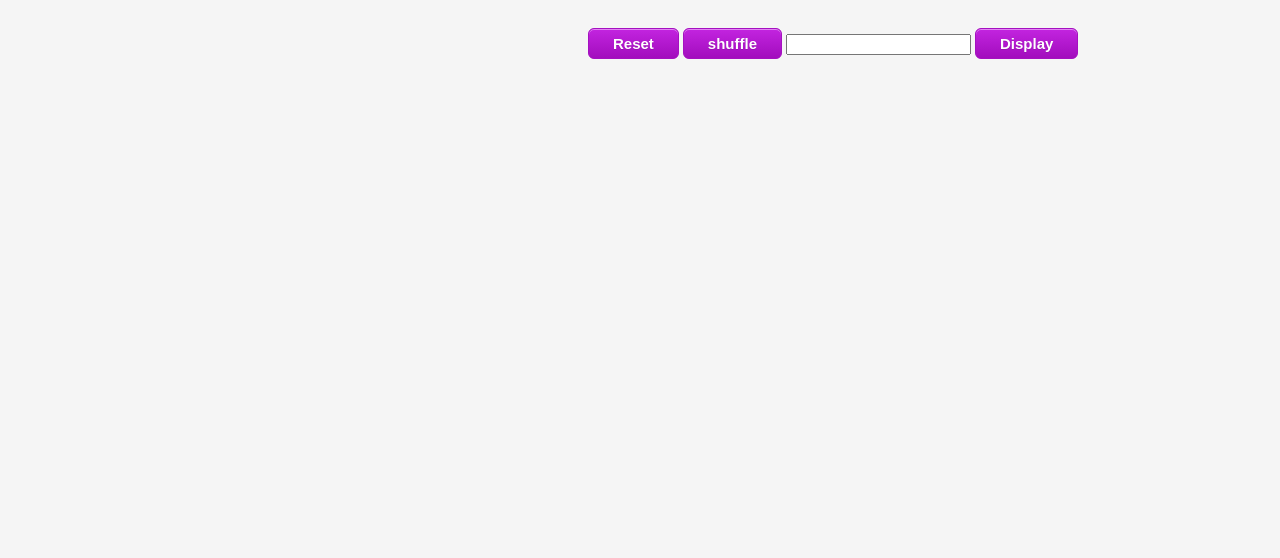
Repository: rashmikagamage/puzzle-vanila-js
Page: index.html
These files come from the project's save history. The page is drawn as it stood at one moment and after the next save; the edit follows.
The browser window is 1280 px wide. The pictures show the whole page.

Above is the page before, as saved 2020-08-06 13:09:12.

After the next save:
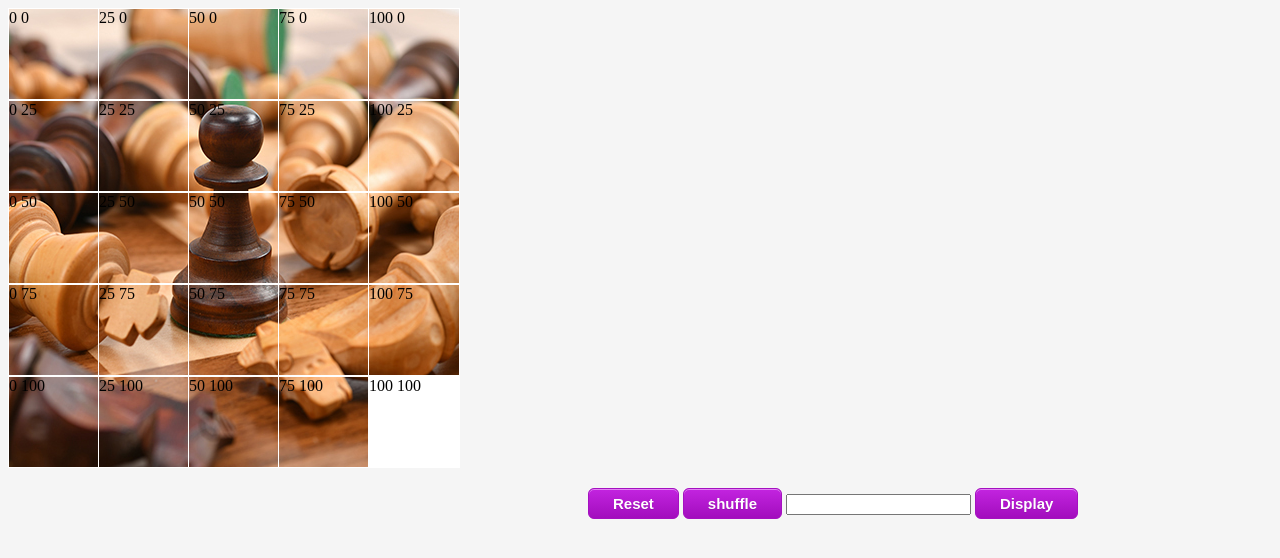
Saved 33 s later.
--- a/function.js
+++ b/function.js
@@ -178,3 +178,5 @@ function checkWin() {
         alert("win")
     }
 }
+
+display(6)
